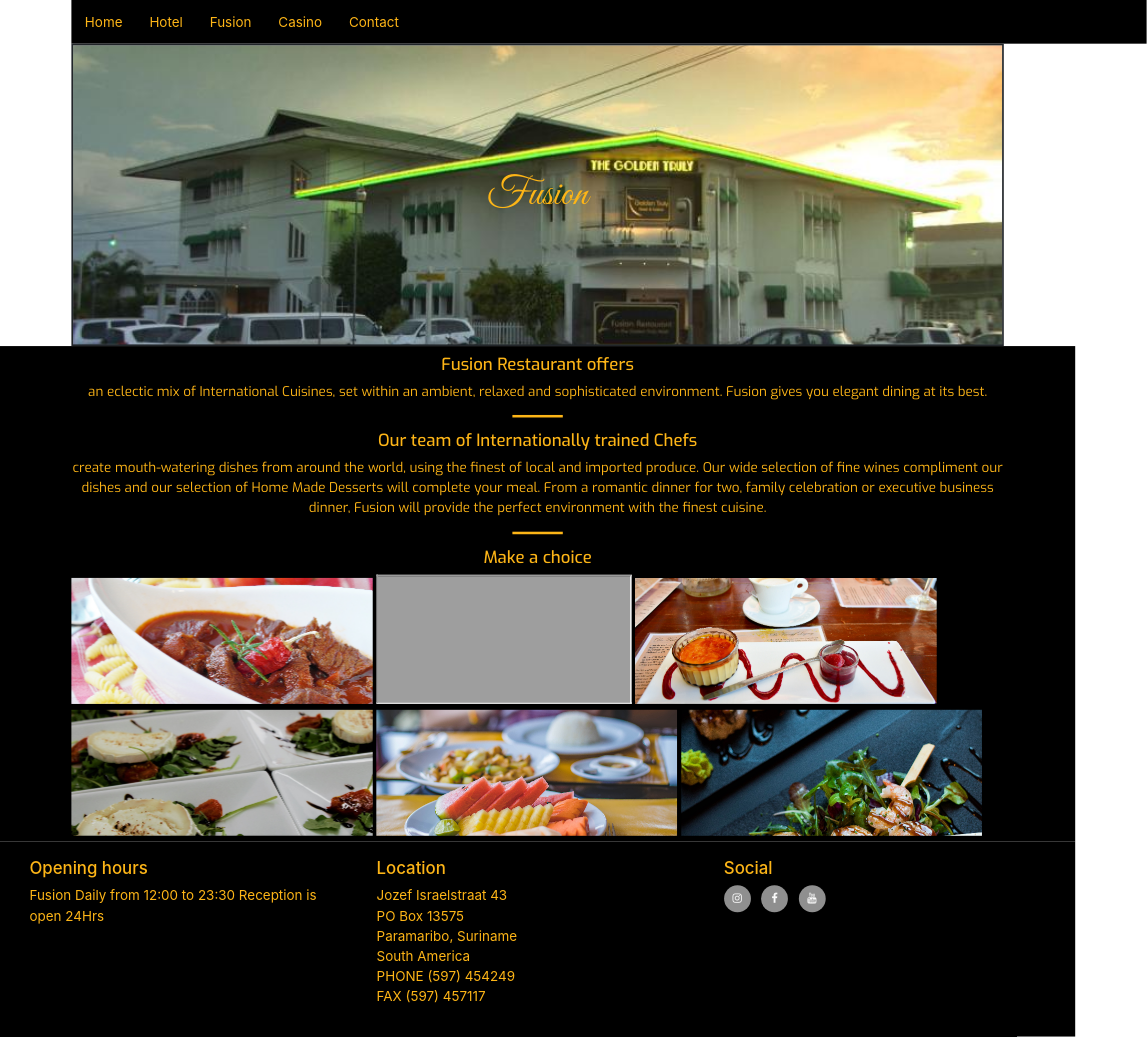
Repository: Code-Institute-Submissions/anthonycaf-Milestone1
Page: fusion.html
The author's editor kept a record of every edit. The page is drawn from the files as they stood at one moment, then again after the next edit.
The browser window is 1280 px wide. The page is 1365 px wide, then 1280 px, so the pictures cover 1365 px, including what lies to the right of the window. The pictures show the whole page, at 84% of full size.
Pictures or frames that could not be fetched are drawn as grey boxes.

Above is the page before.

### fusion.html
<!DOCTYPE html>
<html lang="en">

<head>
 <meta charset="UTF-8">
 <meta name="viewport" content="width=device-width, initial-scale=1.0">
 <meta http-equiv="X-UA-Compatible" content="ie=edge">
 <!--             links/bootstrap/fontawsome    -->
 <link rel="stylesheet" href="https://stackpath.bootstrapcdn.com/font-awesome/4.7.0/css/font-awesome.min.css" type="text/css" />
 <link rel="stylesheet" href="https://stackpath.bootstrapcdn.com/bootstrap/4.3.1/css/bootstrap.min.css" type="text/css" />
 <!--             main/css                      -->
 <link rel="stylesheet" href="./css/style.css" type="text/css" />
 <title>Golden Truly Hotel</title>
</head>

<body>
 <header class="container">
  <!--                                   navbar              -->
  <ul Id="nav-bar">
   <li class="nav-bar-item"><a class="nav-link-item" href="index.html">Home</a></li>
   <li class="nav-bar-item"><a class="nav-link-item" href="hotel.html">Hotel</a></li>
   <li class="nav-bar-item"><a class="nav-link-item" href="fusion.html">Fusion</a></li>
   <li class="nav-bar-item"><a class="nav-link-item" href="casino.html">Casino</a></li>
   <li class="nav-bar-item"><a class="nav-link-item" href="contact.html">Contact</a></li>
  </ul>
  <!--                         Heading                -->
  <div class="bg-image-title">
   <a href="index.html" class="img"></a>
   <h1 id="title">Fusion</h1>
  </div>
 </header>
 <main>
 <section class="section-fustion container text-center">
     <h5>Fusion Restaurant offers</h5>an eclectic mix of International Cuisines,
     set within an ambient, relaxed and  sophisticated environment.
     Fusion gives you elegant dining at its best.
     <hr class="block-divider">
     <h5>Our team of Internationally trained Chefs</h5>create mouth-watering dishes from around the world,
     using the finest of local and imported produce. Our wide selection of
     fine wines compliment our dishes and our selection of Home Made Desserts
     will complete your meal. From a romantic dinner for two, family celebration
     or executive business dinner,
     Fusion will provide the perfect environment with the finest cuisine.
      <hr class="block-divider">
 </section>
 <section class="images container">
  <h5 class="uppercase text-center">Make a choice </h5>
   <div class="bg-food col-4 bg-food-img1 "><a href="index.html"></a></div>

   <!--                         Iframe                      -->

  <iframe src="https://www.youtube.com/embed/Wiju7y4Fp6k"></iframe>
      <div class="bg-food col-4 bg-food-img2"><a href="index.html"></a></div>
     <div class="bg-food col-4 bg-food-img6"><a href="index.html"></a></div>
     <div class="bg-food col-4 bg-food-img5"><a href="index.html"></a></div>
    <div class="bg-food col-4 bg-food-img3"><a href="index.html"></a></div>
 </section>
 </main>
 <footer class="container-fluid">
  <div id="footer-details" class="row">
   <div class="col-sm-4">
    <h5 class="uppercase general-sub">Opening hours</h5>
    <p class="inline-block">
   Fusion Daily from 12:00 to 23:30
   Reception is open 24Hrs
    </p>
   </div>
   <div class="col-sm-4">
    <h5 class="uppercase general-sub">Location</h5>
    <p class="inline-block">Jozef Israelstraat 43<br> PO Box 13575<br> Paramaribo, Suriname<br> South America<br> PHONE (597) 454249<br> FAX (597) 457117
    </p>

   </div>
   <div class="col-sm-4">
    <h5 class="uppercase general-sub">Social</h5>
    <ul class="list-inline social-links">
      <li class="list-inline-item">
         <a href="https://instagram.com/fusion.paramaribo?igshid=xw7r1l1m8gni" target="_blank">
          <i class="fa fa-instagram" aria-hidden="true"></i>
          <span class="sr-only">instagram</span>
     </li>
     <li class="list-inline-item">
      <a href="https://www.facebook.com/FusionParamariboSuriname/" target="_blank">
          <i class="fa fa-facebook" aria-hidden="true"></i>
          <span class="sr-only">facebook</span>
         </a>
     </li>

     <li class="list-inline-item">
      <a href="https://youtu.be/yjYsTbYetro" target="_blank">
          <i class="fa fa-youtube" aria-hidden="true"></i>
          <span class="sr-only">youtube</span>
         </a>
     </li>
    </ul>
   </div>
  </div>
 </footer>


</body>

</html>

### css/style.css
 /*------------google-fonts----------*/

 @import url('https://fonts.googleapis.com/css?family=Exo:100,200,300,400,500,600,700|Great+Vibes&display=swap:100,200,300,400,500,600,700');

 body {
  margin: 0;
 }

 /*------------- images --------------*/

 .master-img1 {
  background-image: url(../images/master1.jpg);
 }

 .master-img2 {
  background-image: url(../images/housekeeping.jpg);
 }

 .master-img3 {
  background-image: url(../images/design-lobby-ceiling.jpg);
 }

 .suite-img1 {
  background-image: url(../images/suit1.jpg);
 }

 .suite-img2 {
  background-image: url(../images/suite2.jpg);
 }

 .suite-img3 {
  background-image: url(../images/suite3.jpg);
 }

 .bg-image-title {
  background: url("../images/golden-truly-hotel.jpg");
 }
 .amenities-img1 {
  background-image: url(../images/pool.jpg);
 }
  .amenities-img2 {
  background-image: url(../images/gym.jpg);
 }
  .amenities-img3 {
  background-image: url(../images/sun-terrace.jpg);
 }
 /*-------------------food-images -----------*/
 .bg-food-img1 {
  background-image: url("../images/beef-bowl.jpg");
 }
 .bg-food-img2 {
  background-image: url("../images/close-up-coffee.jpg");
 }
.bg-food-img3 {
  background-image: url("../images/close-up-cuisine.jpg");
 }
.bg-food-img4 {
  background-image: url("../images/chairs-coffee-shop.jpg");
 }
.bg-food-img5 {
  background-image: url("../images/cuisine-delicious.jpg");
 }
.bg-food-img6 {
  background-image: url("../images/cheese-cuisine.jpg");
 }
.bg-food-img7 {
  background-image: url("../images/brick-chair-table.jpg");
 }

.bg-food {
 display: inline-block;
 background-clip: border-box;
  background-position: center;
  background-repeat: no-repeat;
  background-size: cover;
  width: 32.3%;
  height: 150px;

}


 /*------------main----------*/

 main {
  font-family: "Exo", sans-serif;
  font-size: 1em;
  width: 100%;
  background-color: #000000;
  color: #fdb517;
  margin: 0 auto;
  padding-top: 10px;

 }

 .bg-image-title {
  background-clip: border-box;
  background-position: center;
  background-repeat: no-repeat;
  background-size: cover;
  transition: all .5s ease-in-out;
  -moz-transition: all .5s ease-in-out;
  -webkit-transition: all .5s ease-in-out;
  height: 360px;
  border: 2px solid;
 }

 #title {
  color: #fdb517;
  font-family: "Great Vibes", sans-serif;
  font-size: 3em;
  text-align: center;
  padding-top: 150px;
 }

 #welcome {
  color: #fdb517;
  font-family: "Great Vibes", sans-serif;
  font-size: 2.5em;

 }
.block-divider {
 width: 60px;
 height: 3px;
 border:0;
 background-color: #fdb517;
}
 .dl-list {
  max-width: 70%;
 }
/*------------ Section ------*/
 .section {
  padding-top: 10px;
  padding-bottom: 10px;
  margin: 0 auto;
  max-width: 70%;
 }
 .casino, .fusion {
  margin-bottom: 0;
 }


 /*-----------main nav-bar----------*/

 #nav-bar {
  width: 100vw;
  list-style-type: none;
  margin: 0;
  padding: 0;
  overflow: hidden;
  background-color: #000;
 }

 .nav-bar-item {
  float: left;
 }

 .nav-bar-item .nav-link-item {
  display: inline-block;
  color: #fdb517;
  text-align: center;
  padding: 8px 8px;
  text-decoration: none;
 }

 .nav-bar-item .nav-link-item:hover {
  background-color: #fdb517;
  color: #000000;
  border-radius: 3px;
  transition: all .8s ease-in-out;
 }

 .nav-bar-item {
  display: inline-block;
 }


 dd {
  color: #fafafa;
 }

 .room-services-item {
  margin-bottom: 0px;
  border-bottom-width: 20px;
  padding-bottom: 40px;
 }

 /*----------------iframe -----------*/

 .map {
  width: 100%;
  height: 360px;
  border: none;
  margin: 0;
 }

 /*-----------main footer----------*/

 .container-fluid {
  background-color: #000000;
  color: #fdb517;

 }

 footer {
  background-color: #525252;
  color: #fafafa;
  min-height: 120px;
  margin: 0;
  padding: 0;
 }

 .social-links {
  padding-bottom: 15px;
 }

 .social-links li a i {
  width: 32px;
  height: 32px;
  padding: 12px 0;
  border-radius: 50%;
  font-size: 13px;
  line-height: 7px;
  text-align: center;
  color: #fafafa;
  background-color: #8f8f8f;
  transition: all 0.35s ease-in-out;
  -moz-transition: all 0.35s ease-in-out;
  -webkit-transition: all 0.35s ease-in-out;
  -o-transition: all 0.35s ease-in-out;
 }

 .social-links li a i:hover {
  background: #fdb517;
 }

 #footer-details {
  padding: 20px;
 }

 /*-----------hotel.html----------*/
.heading-hotel-item {
 font-family: "Great Vibes", sans-serif;
 font-size: 1.8em;
}
.hotel-title {
  color: #fdb517;
  font-family: "Great Vibes", sans-serif;
   font-size: 3.3em;
  text-align: center;
  padding-top: 150px;

}

 .bg-img-size {

  background-clip: border-box;
  background-position: center;
  background-repeat: no-repeat;
  background-size: cover;
  width: 33.3%;
  height: 150px;
 }


 /*----------- contact.html/form --------*/

 .contact-heading,
 .contact-thanks {
  font-family: "Great Vibes", sans-serif;
  font-weight: 300;
  margin-top: 25px;
  margin-bottom: 20px;

 }

 form {
  padding-top: 10px;
  margin: 0 auto;
  max-width: 70%;
 }

 button[type="submit"] {
  margin-top: 15px;
  margin-bottom: 20px;
  color: #fdb517;
  background-color: #000000;

 }

 /*-------------------------------------Media queries*/

 @media(min-width: 992px) {
  .center-form {
   padding-top: 30px;
   min-height: 240px;
   margin: 0 auto;
   max-width: 50%;
  }
  .section {
   padding-top: 30px;
   padding-bottom: 30px;
   margin: 0 auto;
   max-width: 70%;
  }
  .dl-list {
   max-width: 70%;
  }
  .nav-bar-item .nav-link-item {
   padding: 14px 16px;
  }
 }

After the next edit:
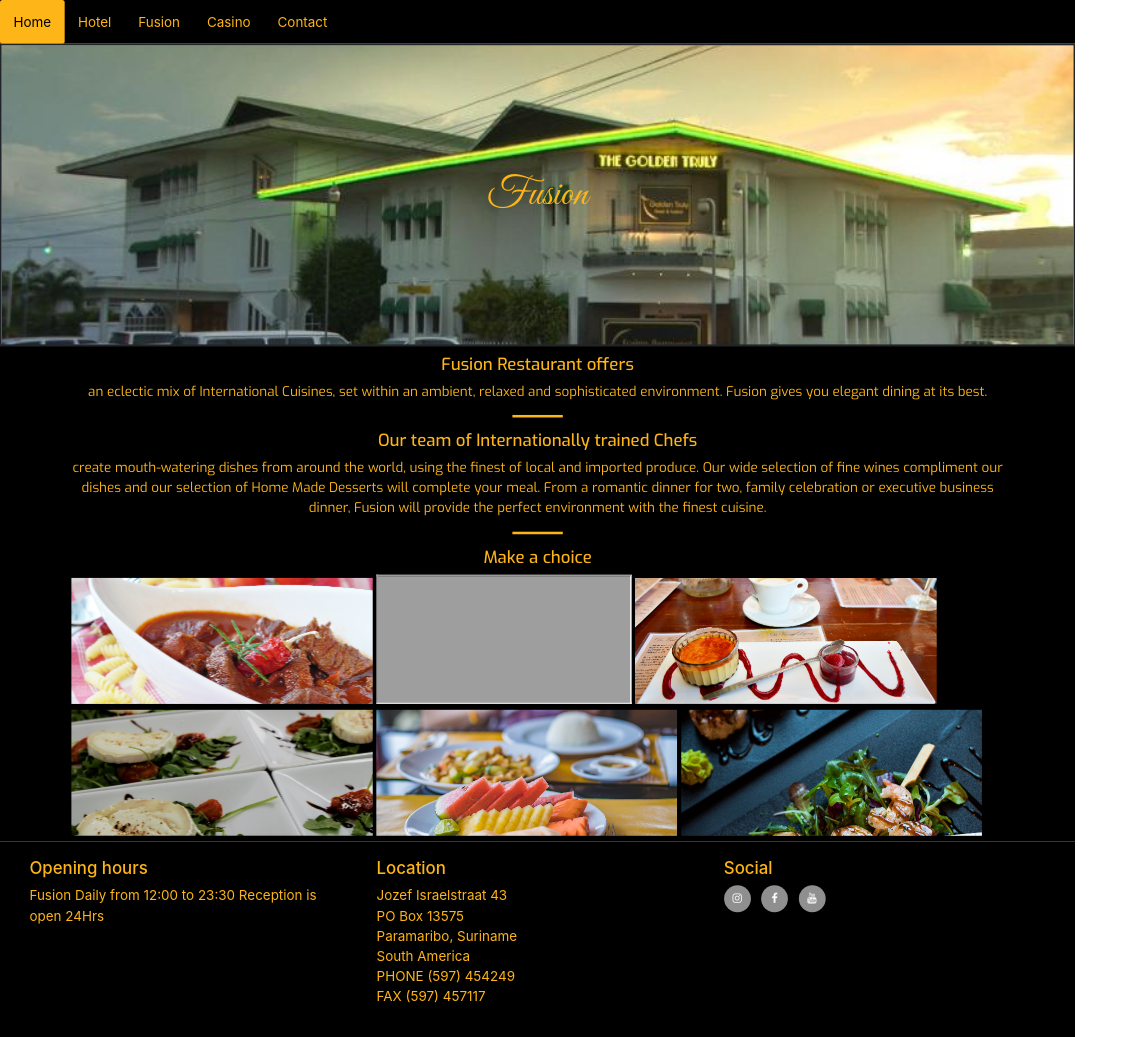
The edit:
--- a/fusion.html
+++ b/fusion.html
@@ -14,7 +14,7 @@
 </head>
 
 <body>
- <header class="container">
+ <header>
   <!--                                   navbar              -->
   <ul Id="nav-bar">
    <li class="nav-bar-item"><a class="nav-link-item" href="index.html">Home</a></li>
